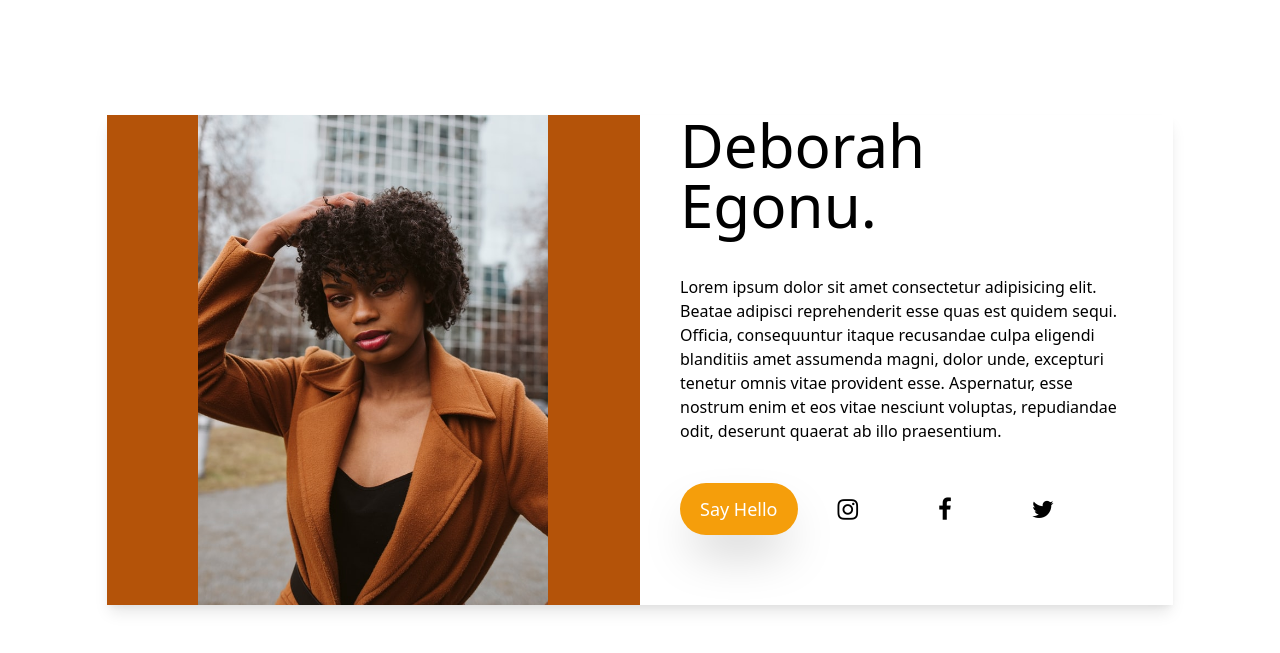
Repository: latenightsnacc/giggles
Page: HTML/user.html
These files come from the project's save history. The page is drawn as it stood at one moment and after the next save; the edit follows.
The browser window is 1280 px wide. The pictures show the whole page.
Some web libraries are served in a nearby version.

Above is the page before, as saved 2021-01-01 16:31:24.

After the next save:
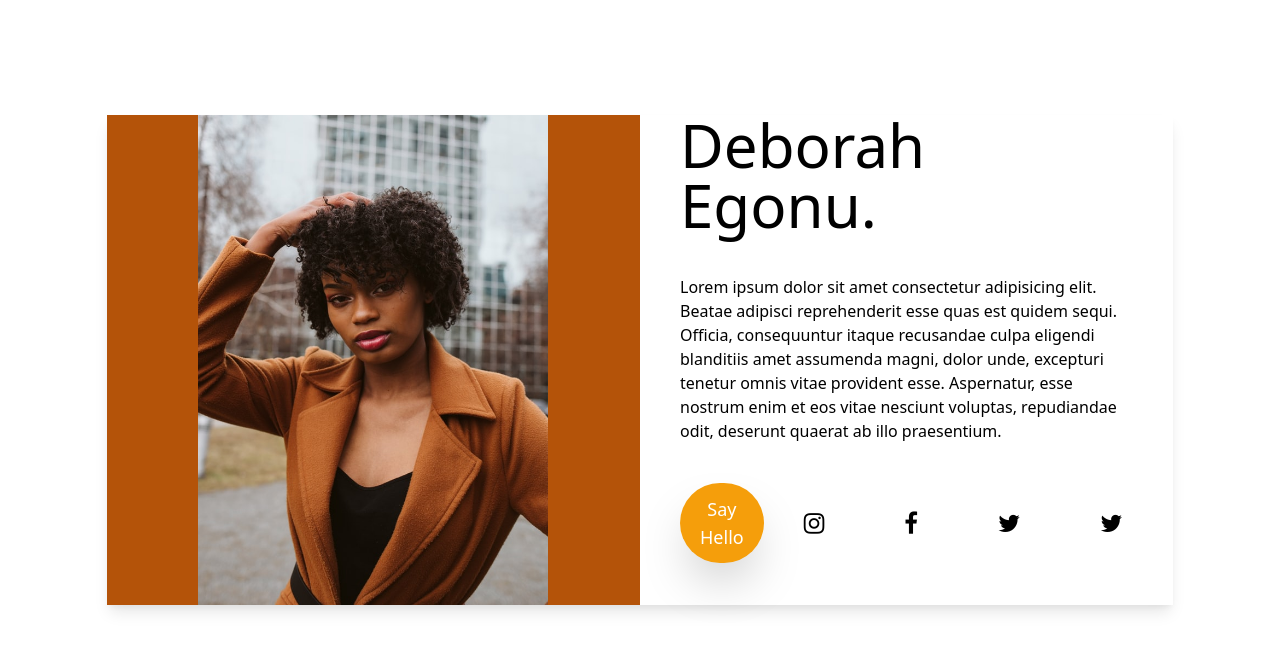
Saved 17 s later.
--- a/HTML/user.html
+++ b/HTML/user.html
@@ -29,6 +29,9 @@
                     <a href="#" class="text-2xl mx-10">
                         <i class="fa fa-twitter"></i>
                     </a>
+                    <a href="#" class="text-2xl mx-10">
+                        <i class="fa fa-twitter"></i>
+                    </a>
                 </div>
             </div>
 

After the save that followed:
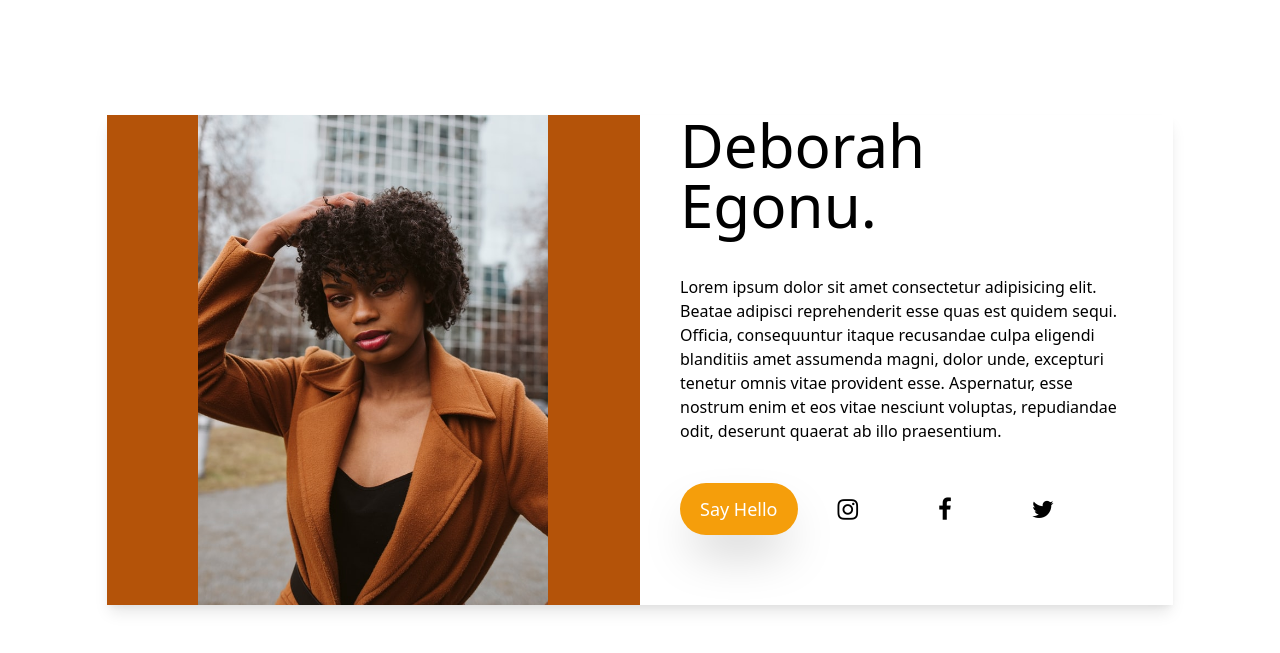
Saved 3 min 48 s later.
--- a/HTML/user.html
+++ b/HTML/user.html
@@ -29,9 +29,7 @@
                     <a href="#" class="text-2xl mx-10">
                         <i class="fa fa-twitter"></i>
                     </a>
-                    <a href="#" class="text-2xl mx-10">
-                        <i class="fa fa-twitter"></i>
-                    </a>
+
                 </div>
             </div>
 
